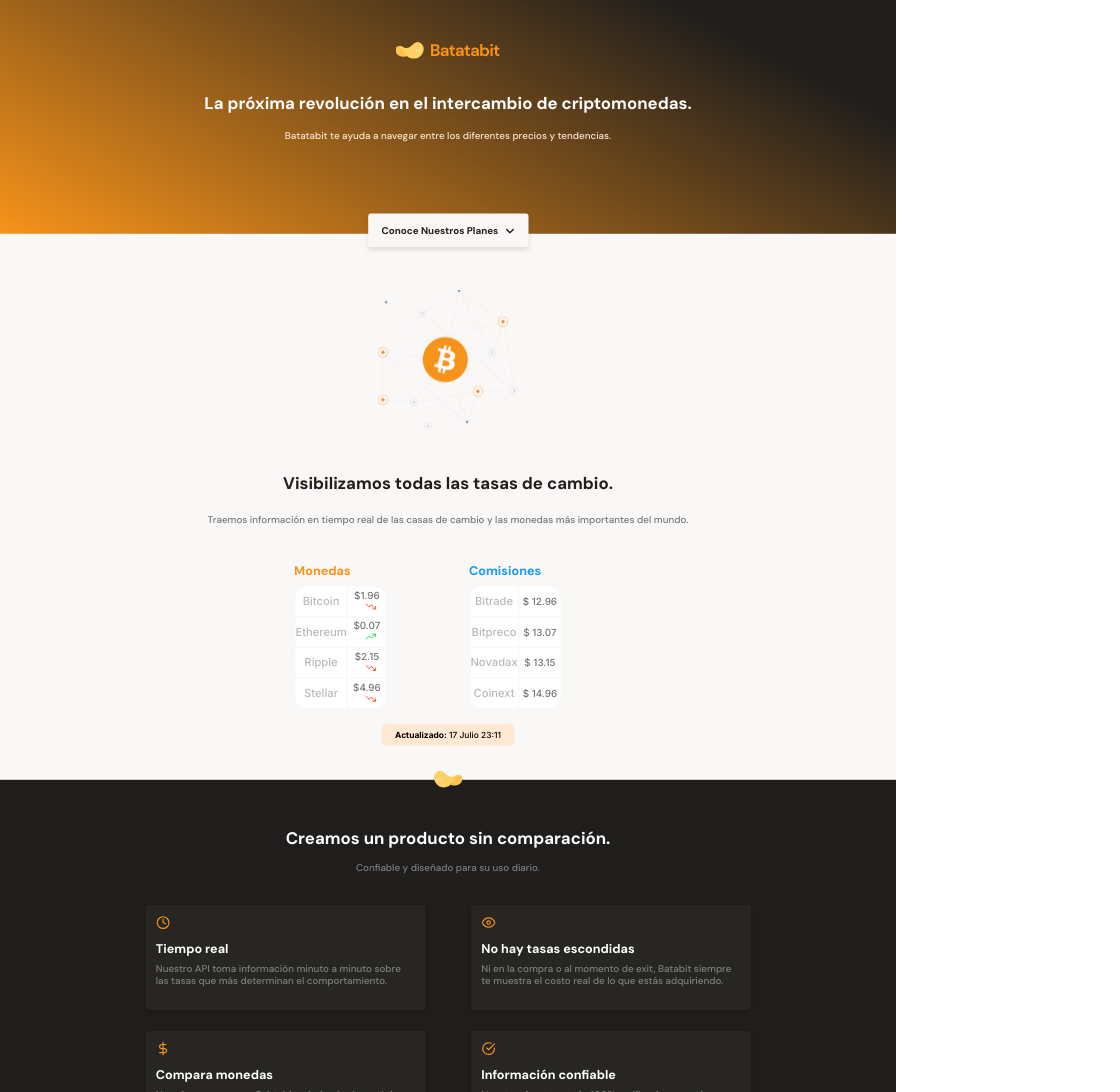
Repository: Pandrea-hub/Batatabit
Page: index.html
The author's editor kept a copy of each file at every save. The page is drawn from the files as they stood at one save, then again after the next save.
The browser window is 1280 px wide. The page is 1280 px wide, then 1600 px, so the pictures cover 1600 px, including what lies to the right of the window. The pictures show the part of the page from y = 0 to 1560 px (the page is 2758 px tall), at 70% of full size.

Above is the page before, as saved 2022-04-20 22:07:09.

### index.html
<!DOCTYPE html>
<html lang="en">
<head>
    <meta charset="UTF-8">
    <meta http-equiv="X-UA-Compatible" content="IE=edge">
    <meta name="viewport" content="width=device-width, initial-scale=1.0">
    <title>Document</title>
    <link rel="preconnect" href="https://fonts.googleapis.com">
    <link rel="preconnect" href="https://fonts.gstatic.com" crossorigin>
    <link href="https://fonts.googleapis.com/css2?family=DM+Sans:wght@400;500;700&family=Inter:wght@300;500;700&display=swap" rel="stylesheet">
    <link rel="stylesheet" href="./style.css">
    <link rel="stylesheet" href="./css/tablet.css" media="(min-width: 930px)">
</head>
<body>


    <header>

        <img src="./assets/img/logo.svg" alt="Logo del header donde estara una patata y el nombre que es Batatabit"/>
        <div class="header--title-container">
            <h1>La próxima revolución en el intercambio de criptomonedas.</h1>
            <p>Batatabit te ayuda a navegar entre los diferentes precios y tendencias.</p>
            <a href="#plans" class="header--button">Conoce Nuestros Planes<span></span></a>
        </div>
    </header>


    <main>
        <section class="main-exchange--container">
            <div class="backgroungImg"></div>
            <div class="main-exchange--container--title">
                <h2>Visibilizamos todas las tasas de cambio.</h2>
                <p>Traemos información en tiempo real de las casas de cambio y las monedas más importantes del mundo.</p>
            </div>

            <section class="main-tables-container">
                <div class="main-currency-table">
                    <div class="currency-table">

                        <div class="container-arrow--left" id="arrow-left"></div>

                        <div class="currency-table--container" id="table-1">
                            <p class="currency-table--title" id="title-1">Monedas</p>
                            <table>
                                <tr>
                                    <tr>
                                        <td class="table__top--left">Bitcoin</td>
                                        <td class="table__top--right table__right">$1.96 <span class="down"></span></td>
                                    </tr>
                                    <tr>
                                        <td>Ethereum</td>
                                        <td class="table__right">$0.07 <span class="up"></span></td>
                                    </tr>
                                    <tr>
                                        <td>Ripple</td>
                                        <td class="table__right">$2.15 <span class="down"></span></td>
                                    </tr>
                                    <tr>
                                        <td class="table__bottom--left">Stellar</td>
                                        <td class="table__bottom-right table__right">$4.96 <span class="down"></span></td>
                                    </tr>
                                </tr>
                            </table>
                        </div>


                        <div class="currency-table--container" id="table-2">
                            <p class="currency-table--title" id="title-2">Comisiones</p>
                            <table>
                                <tr>
                                    <tr>
                                        <td class="table__top--left">Bitrade</td>
                                        <td class="table__top--right table__right">$ 12.96</td>
                                    </tr>
                                    <tr>
                                        <td>Bitpreco</td>
                                        <td class="table__right">$ 13.07</td>
                                    </tr>
                                    <tr>
                                        <td>Novadax</td>
                                        <td class="table__right">$ 13.15</td>
                                    </tr>
                                    <tr>
                                        <td class="table__bottom--left">Coinext</td>
                                        <td class="table__bottom-right table__right">$ 14.96</td>
                                    </tr>
                                </tr>
                            </table>
                        </div>

                        <div class="container-arrow" id="arrow-right"></div>

                    </div>

                    <div class="currency-table--date" id="table-date">
                        <p><b>Actualizado:</b> 17 Julio 23:11 </p></p>
                    </div>

                </div>
            </section>
        </section>

    <script>
        const arrow_right = document.getElementById("arrow-right")
        const arrow_left = document.getElementById("arrow-left")
        const table_1 = document.getElementById("table-1")
        const table_2 = document.getElementById("table-2")
        const date = document.getElementById("table-date");


        arrow_right.onclick = function(){
            arrow_right.style.display="none";
            table_1.style.display = "none"
            table_2.style.display = "grid"
            arrow_left.style.display = "block"
            date.style.backgroundColor="#E7F5FF";
        }
        arrow_left.onclick = function(){
            arrow_left.style.display="none";
            table_1.style.display = "grid"
            table_2.style.display = "none"
            arrow_right.style.display = "block"
            date.style.backgroundColor="#FFE9D4";
        }
    </script>


        <section class="main-product--detail">
            <span class="product-detail--batata-logo"></span>
            <div class="product-detail--title">
                <h2>Creamos un producto sin comparación.</h2>
                <p>Confiable y diseñado para su uso diario.</p>
            </div>
            <section class="product-cards--container">
                <article class="product-detail--card">
                    <span class="icon-card clock"></span>
                    <p class="product-card--title">Tiempo real</p>
                    <p class="product-card--body">Nuestro API toma información minuto a minuto sobre las tasas que más determinan el comportamiento.</p>
                </article>

                <article class="product-detail--card">
                    <span class="icon-card tasas"></span>
                    <p class="product-card--title">No hay tasas escondidas</p>
                    <p class="product-card--body">Ni en la compra o al momento de exit, Batabit siempre te muestra el costo real de lo que estás adquiriendo.</p>
                </article>


                <article class="product-detail--card">
                    <span class="icon-card money"></span>
                    <p class="product-card--title">Compara monedas</p>
                    <p class="product-card--body">No más rumores, con Babtabit sabrás el valor real de cada moneda en el mercado actual.</p>
                </article>


                <article class="product-detail--card">
                    <span class="icon-card info"></span>
                    <p class="product-card--title">Información confiable</p>
                    <p class="product-card--body">Nuestras fuentes están 100% verificadas y continuamos auditando su contenido mientras se actualizan.</p>
                </article>

            </section>

        </section>



        <section class="bitcoin-img--container">
            <h2>Conócelo hoy.</h2>
        </section>


        <section id="plans" class="main-plans-container">
            <div class="plans--title">
                <h2>Escoge el plan que mejor se ajuste a ti.</h2>
                <p>Cualquier plan te da acceso completo a nuestra plataforma.</p>
            </div>
            <section class="plans-container--slider">
                <article class="plans-container--card">
                    <p class="recommended">Recomendado</p>
                    <div class="plan-info--container">
                        <h3 class="plan-card--title">Pago Anual</h3>
                        <p class="plan-card--price"><sup>$</sup> 99</p>
                        <p class="plan-card--saving">*Ahorras $129 comparado al plan mensual.</p>
                        <button class="plan-card--ca">Escoger este <span></span></button>
                    </div>
                </article>

                <article class="plans-container--card">
                    <p class="premium">Premium</p>
                    <div class="plan-info--container">
                        <h3 class="plan-card--title">Pago Anual</h3>
                        <p class="plan-card--price"><sup>$</sup> 180</p>
                        <p class="plan-card--saving">*Tendras acceso a categorias como el estado de cuenta y notificaciones cuando se suba el precio.</p>
                        <button class="plan-card--ca">Escoger este <span></span></button>
                    </div>
                </article>


                <article class="plans-container--card card-classic">
                    <p class="classic">Clasico</p>
                    <div class="plan-info--container">
                        <h3 class="plan-card--title info-classic">Pago Trimestal</h3>
                        <p class="plan-card--price info-classic"><sup>$</sup> 25</p>
                        <p class="plan-card--saving info-classic">*Podras acceder solo a 3 meses a una cuenta clasica.</p>
                        <button class="plan-card--ca info-classic-button">Escoger este <span></span></button>
                    </div>
                </article>

            </section>
        </section>




    </main>

    <footer>
        <section class="left">
            <ul>
                <li><a href="#">Linkedin</a></li>
                <li><a href="#">Github</a></li>
                <li><a href="#">Twitter</a></li>
            </ul>
        </section>
        <section class="right">
            <img src="./assets/img/logo-footer.svg" alt="Logo de Batatabit 2020">
        </section>
    </footer>

</body>
</html>

### style.css
/*
1. Position
2. Box model
3. typography
4. Visual themes
5. Others
*/

:root{
    --bitcoin-orange:#F7931A;
    --soft-orange:#FFE9D4;
    --secondary-blue:#1A9AF7;
    --soft-blue:#E7F5FF;
    --warm-black:#201E1C;
    --black: #201e1c;
    --grey: #bababa;
    --off-white: #faf8f7;
    --just-white: #fff;
}

*{
    padding: 0;
    margin: 0;
    box-sizing: border-box;
}


html{
    font-size: 62.5%;
    font-family: "DM Sans", sans-serif;
}

header{
    position: relative;
    display: flex;
    flex-direction:column;
    justify-content: center;
    width: 100%;
    height: 334px;
    min-width: 320px;
    text-align: center;
    background: linear-gradient(207.8deg, #201E1C 16.69%, #F7931A 100%);

}

header img{
    width: 150px;
    height: 24px;
    margin-top: 60px;
    align-self: center;
}

.header--title-container{
    width: 90%;
    min-width: 288px;
    max-width: 900px;
    height: 218px;
    margin-top: 50px;
    text-align: center;
    align-self:center;
}

.header--title-container h1{
    font-size: 2.4rem;
    font-weight: bold;
    line-height: 2.6rem;
    color: var(--just-white);
}

.header--title-container p{
    font-size: 1.4rem;
    font-weight: 500;
    line-height: 1.8rem;
    color:var(--soft-orange);
    margin-top: 2.4rem;
}


.header--title-container .header--button{
    left: calc(50% - 229px/2);
    position: absolute;
    top: 270px;
    display: block;
    margin-top: 35px;
    padding: 15px;
    width: 229px;
    height: 48px;
    background-color: var(--off-white);
    /* Box shadow */
    box-shadow: 0px 4px 8px rgba(89, 73, 30, 0.16);
    border-radius: 4px;
    font-weight: bold;
    font-size: 14px;
    line-height: 18px;
    color:var(--warm-black);
    text-decoration: none;
}

.header--button span{
    display: inline-block;
    width: 13px;
    height: 8px;
    margin-left: 10px;
    background-image: url('./assets/icons/down-arrow.svg');
}

main{
    width: 100%;
    height: auto;
    background-color:var(--off-white);
    min-width: 320px;
}


.main-exchange--container{
    width: 100%;
    height: auto;
    padding-top: 80px;
    padding-bottom: 30px;
    text-align: center;
}

.main-exchange--container--title{
    width: 100%;
    min-width: 288px;
    max-width: 900px;
    margin: 10px auto;
    padding: 1%;
}

.main-exchange--container .backgroungImg{
    width: 200px;
    height: 200px;
    margin: 0 auto;
    margin-bottom: 50px;
    background-image: url(./assets/img/bitcoin.svg);
    background-size: cover;
    background-position: center;
    background-repeat: no-repeat;
}


.main-exchange--container--title h2{
    margin-bottom: 30px;
    font-size: 2.4rem;
    font-weight: bold;
    line-height: 2.6rem;
    align-self:center;
    color:var(--warm-black);
}




.main-exchange--container--title p{
    margin-bottom: 30px;
    font-size: 1.4rem;
    line-height: 1.8rem;
    font-weight: 500;
    color:#757575;
    text-align: center;

}





/*Tables*/


.main-tables-container{
    margin: 20px auto;
    width: 100%;
}



.main-currency-table{
    display: flex;
    flex-direction: column;
    width: 70%;
    min-width: 235px;
    max-width: 500px;
    height: 240px;
    margin: 0 auto;
    font-family: "Inter", sans-serif;
}

.main-currency-table .currency-table--title{
    width: 81px;
    height: 10px;
    margin: 0 auto;
    position: absolute;
    font-size: 1.8rem;
    font-weight: bold;
    line-height: 2.3rem;
    font-family: "DM Sans";
    color:var(--bitcoin-orange);
}

.currency-table{
    width: 100%;
}


.currency-table--container{
    margin: 0 auto;
    width: 100%;
    height: 90px;
    min-width: 190px;
    max-width: 300px;

}

.currency-table--container table{
    width: 70%;
    height: 180px;
    max-width: 320px;
    margin: 30px auto;
    position: absolute;
}


.currency-table--container td{
    width: 50%;
    font-size: 1.6rem;
    font-weight: 500;
    line-height: 1.9rem;
    color:var(--grey);
    background-color:var(--just-white);
    margin: 0px 10px;

}

.table__top--left{
    border-radius: 15px 0 0 0;
}

.table__top--right{
    border-radius:0 15px 0 0;
}


.table__bottom-right{
    border-radius:0 0 15px 0;
}

.table__bottom--left{
    border-radius:0 0 0 15px;
}

.currency-table--container .table__right{
    font-size: 1.4rem;
    font-weight: normal;
    line-height: 1.7rem;
    color:#757575;
}


.currency-table--container .down{
    display: inline-block;
    width: 15px;
    height: 15px;
    margin-left: 10px;
    background-image:url("./assets/icons/trending-down.svg");
    background-size:cover;
    background-repeat:no-repeat;
}

.currency-table--container .up{
    display: inline-block;
    width: 15px;
    height: 15px;
    margin-left: 10px;
    background-image:url("./assets/icons/trending-up.svg");
    background-size:cover;
    background-repeat:no-repeat;
}


.currenty-table{
    display: grid;
    grid-template-columns: 1fr 1fr 1fr;

}


.container-arrow{
    height: 10px;
    width: 12px;
    background-image: url("../assets/icons/right-arrow.svg");
    background-repeat: no-repeat;
    background-size: contain;
    background-position: center;
    position: absolute;
    margin-top: 25px;
    right: calc(10%);
    cursor: pointer;
}


.container-arrow--left{
    display: none;
    height: 10px;
    width: 12px;
    background-image: url("../assets/icons/left-arrow.svg");
    background-repeat: no-repeat;
    background-size: contain;
    background-position: center;
    position: absolute;
    margin-top:120px;
    left: calc(8%);
    cursor: pointer;
}


#title-2{
    color:var(--secondary-blue);
}



.currency-table--date{
    position: relative;
    margin: 0 auto;
    font-size: 12px;
    width: 190px;
    height: 31px;
    margin-top: 140px;

    padding: 8px;
    background-color:var(--soft-orange);
    border-radius:8px;
}

#table-2{
    display: none;
}

.main-product--detail{
    position: relative;
    width: 100%;
    min-width: 320px;
    height: auto;
    padding: 20px 10px;
    background-color:var(--warm-black);
    margin-top: 30px;
}


.product-detail--batata-logo{
    left: calc(50% - 20px);
    top: -12.5px;
    position: absolute;
    width: 40px;
    height: 25px;
    background-image:url("./assets/icons/batata.svg");
}


.product-detail--title{
    width: 90%;
    min-width: 288px;
    height: auto;
    margin: 0 auto;
    margin-top: 50px;
    text-align: center;
}


.product-detail--title h2{
    margin-bottom: 20px;
    font-size: 2.4rem;
    font-weight: bold;
    line-height: 2.6rem;
    color:var(--just-white);

}

.product-detail--title p{
    color:#808080;
    font-size: 1.4rem;
    font-weight: 500;
    line-height: 1.8rem;
}


.product-detail--card{
    width: 90%;
    min-width: 288px;
    max-width: 400px;
    height: 150px;
    margin: 15px auto;
    padding: 15px;
    background-color:#282623;
    border-radius:5px;
    box-shadow:0px 4px 8px rgba(0, 0, 0, 0.16);

}


.product-detail--card .icon-card{
    display: inline-block;
    width: 20px;
    height: 20px;
    background-position: center;
    background-size: cover;
    background-repeat: no-repeat;
    margin-bottom: 15px;

}

.clock{
    background-image:url("./assets/icons/clock.svg");
}

.tasas{
    background-image:url("./assets/icons/eye.svg");
}

.money{
    background-image:url("./assets/icons/dollar-sign.svg");
}

.info{
    background-image:url("./assets/icons/check-circle.svg");
}

.product-card--title{
    font-weight: 700;
    font-weight: bold;
    font-size: 1.8rem;
    line-height: 1.8rem;
    color:var(--just-white);
}


.product-card--body{
    font-weight: 500;
    font-size: 1.4rem;
    line-height: 1.8rem;
    color: #808080;
    margin-top: 10px;
}


/*Seccion de planes*/

.bitcoin-img--container{
    width: 100%;
    min-width: 320px;
    height: 50vh;
    background-image:url('./assets/img/bitcoinbaby2x.jpg');
    background-position:center;
    background-size:cover;
    background-repeat:no-repeat;
    text-align: center;
}

.bitcoin-img--container h2{
    padding-top: 60px;
    font-size: 2.4rem;
    font-weight: bold;
    line-height: 2.6rem;
    color:var(--just-white);
}


.main-plans-container{
    width: 100%;
    min-width: 320px;
    padding-bottom: 70px;
    text-align: center;
}

.plans--title{
    width: 90%;
    min-width: 288px;
    height: auto;
    margin: 0 auto;
    margin-bottom: 50px;
}


.plans--title h2{
    padding-top: 50px;
    font-size: 2.4rem;
    font-weight: bold;
    line-height: 2.6rem;
    color:var(--warm-black);
}


.plans--title p{
    padding-top: 30px;
    font-size: 1.4rem;
    font-weight: 500;
    line-height: 1.8rem;
    color:rgba(117, 117, 117, 1);
}

.plans-container--slider{
    display: flex;
    height: 316px;
    overflow-x: scroll;
    overscroll-behavior-x: contain;
    scroll-snap-type: proximity;
}

.plans-container--slider::-webkit-scrollbar {
    background-color: var(--soft-orange);
    height: 3px;
}

.plans-container--slider::-webkit-scrollbar-thumb {
    background-color: var(--bitcoin-orange);
}

.plans-container--card{
    position: relative;
    scroll-snap-align: center;
    width: 60%;
    min-width: 200px;
    max-width: 300px;
    min-height: 260px;
    margin: 50px 10px 0;
    padding: 0 15px;
    border-radius:15px;
    box-shadow: 0 4px 8px rgba(89, 73, 30, 0.16);
    background:var(--just-white);
}

.recommended{
    position: absolute;
    width: 120px;
    height: 31px;
    left: calc(50% - 60px);
    top: -15px;
    padding: 6px;
    font-size: 1.2rem;
    background-color:var(--bitcoin-orange);
    border-radius:8px;
    color:var(--just-white);
}

.premium{
    position: absolute;
    width: 120px;
    height: 31px;
    left: calc(50% - 60px);
    top: -15px;
    padding: 6px;
    font-size: 1.2rem;
    background-color:var(--secondary-blue);
    border-radius:8px;
    color:var(--just-white);
}

.classic{
    position: absolute;
    width: 120px;
    height: 31px;
    left: calc(50% - 60px);
    top: -15px;
    padding: 6px;
    font-size: 1.2rem;
    background-color:var(--bitcoin-orange);
    border-radius:8px;
    color:var(--just-white);
}

.card-classic{
    background-color:var(--warm-black);
}



.plan-card--title{
    padding-top: 30px;
    font-size: 1.4rem;
    font-weight: 500;
    line-height: 1.8rem;
    color:black;
}

.plan-card--price{
    padding: 5px 0;
    font-size: 5.2rem;
    font-weight: bold;
    line-height: 6.3rem;
    letter-spacing: -0.08em;
    color:black;
}

.plan-card--price sup{

    font-size: 1.2rem;

}

.plan-card--saving{
    font-size: 1.2rem;
    color:#757575;
}

.plan-card--ca{
    width: 150px;
    height: 48px;
    margin-top: 16px;
    border: 2px solid var(--bitcoin-orange);
    background:var(--off-white);
    border-radius: 4px;
    font-size: 1.4rem;
    font-weight: bold;
    line-height: 1.8rem;
    color:var(--warm-black);
    text-align: center;
    font-family: "DM Sans", sans-serif;
}

.plan-card--ca span{
    display: inline-block;
    width: 20px;
    height: 20px;
    background-image:url('./assets/icons/orange-right-arrow.svg');
    vertical-align: text-bottom;
}

.info-classic{
    color:var(--just-white);
}


.info-classic-button{
    background:var(--grey);
}

footer{
    display: flex;
    width: 100%;
    height: 150px;
    background:var(--bitcoin-orange);
}

footer section{
    width: 50%;
    display: flex;
    justify-content: center;
    align-items: center;
}

footer .left ul{
    font-size: 1.4rem;
    font-weight: 500;
    line-height: 1.8rem;
    list-style: none;
}

.left li{
    margin: 10px 0;
}

.left a{
    text-decoration: none;
    color: var(--just-white);
}

### css/tablet.css
.main-tables-container{
    margin: 10px auto;
    width: 100%;
}


.main-currency-table{
    width: 100%;
}


.currency-table{
    display: flex;
    width: 100%;
    margin: 0 auto;

}

.currency-table--container{
    width: auto;
}

.currency-table--date{
    position: relative;
    margin-top: 140px;
}

#table-1 .tablet,
#table-2 .tablet{
    min-width: 930px;
}

.container-arrow,
.container-arrow--left{
    display: none;
}


#table-1,
#table-2{
    display: flex;
    position: relative;
}

.product-cards--container{
    display: flex;
    flex-wrap: wrap;
    width: 930px;
    margin: 30px auto;
}


.plans-container--slider{
    justify-content: center;
}

.plans-container--slider::-webkit-scrollbar {
    display: none;
}

After the next save:
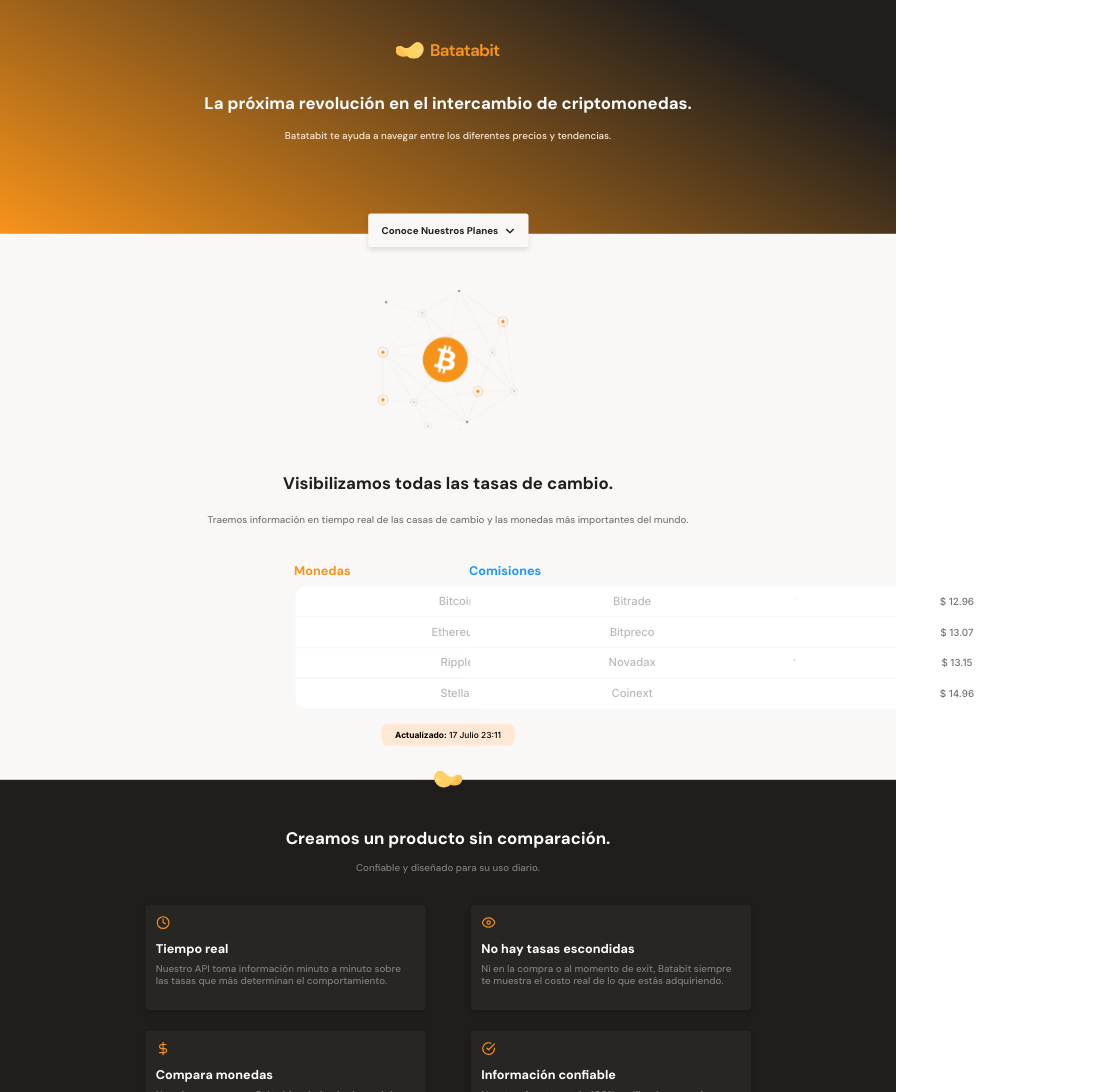
Saved 11 s later.
--- a/css/tablet.css
+++ b/css/tablet.css
@@ -25,8 +25,8 @@
     margin-top: 140px;
 }
 
-#table-1 .tablet,
-#table-2 .tablet{
+#table-1 table,
+#table-2 table{
     min-width: 930px;
 }
 
